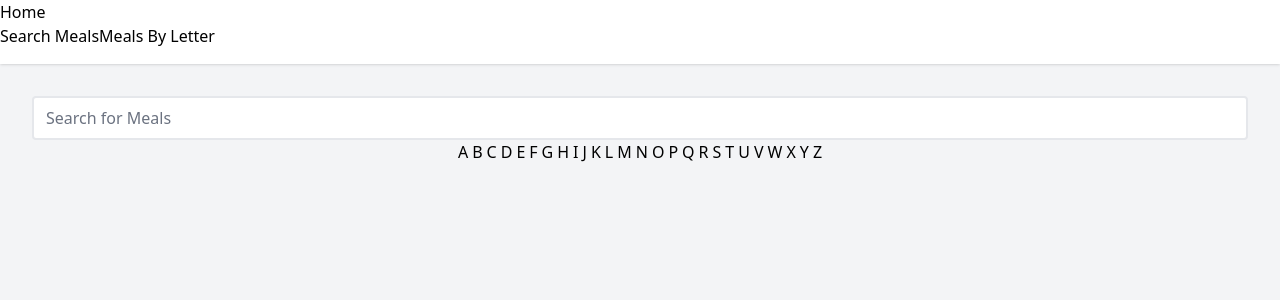
Repository: HalemX/meals
Page: /
These files come from the project's save history. The page is drawn as it stood at one moment and after the next save; the edit follows.
The browser window is 1280 px wide. The pictures show the whole page.
The project was rebuilt for these pictures with package versions that can differ from the ones it lists, and the page was loaded fresh each time. Also part of the build but not shown: vite.config.js, src/pages/MealsList.vue.

Above is the page before, as saved 2024-02-08 16:34:18.

### index.html
<!DOCTYPE html>
<html lang="en" class="h-full">
  <head>
    <meta charset="UTF-8" />
    <link rel="icon" type="image/svg+xml" href="/vite.svg" />
    <meta name="viewport" content="width=device-width, initial-scale=1.0" />
    <title>Vite + Vue</title>
  </head>
  <body class="h-full">
    <div id="app" class="h-full"></div>
    <script type="module" src="/src/main.js"></script>
  </body>
</html>

### src/main.js
import { createApp } from "vue";

import router from "./router";
import store from "./store";
import "./style.css";

import App from "./App.vue";

const app = createApp(App);
app.use(router);
app.use(store);

app.mount("#app");

### src/router/index.js
import { createRouter, createWebHistory } from "vue-router";

import Home from "../pages/Home.vue";
import MealsList from "../pages/MealsList.vue";

const routes = [
  {
    path: "/",
    name: "home",
    component: Home,
  },
  {
    path: "/letter/:letter",
    name: "byLetter",
    component: MealsList,
  },
];

const router = createRouter({
  history: createWebHistory(),
  routes,
});

export default router;

### src/store/index.js
import { createStore } from "vuex";

import mealsModule from "./modules/meals/index";

const store = createStore({
  modules: {
    mealsModule,
  },
});

export default store;

### src/App.vue
<template>
  <div class="bg-gray-100 h-full">
    <header class="bg-white shadow h-16">
      <router-link :to="{ name: 'home' }">Home</router-link>
      <div>
        <router-link to="/">Search Meals</router-link>
        <router-link to="/">Meals By Letter</router-link>
        <router-link to="/"></router-link>
      </div>
    </header>
    <main>
      <router-view />
    </main>
  </div>
</template>

<style scoped></style>

### src/pages/Home.vue
<template>
  <div class="flex flex-col p-8 justify-center">
    <input
      type="text"
      class="w-full rounded border-2 border-gray-200"
      placeholder="Search for Meals"
    />
    <div class="flex gap-1 justify-center">
      <router-link
        :to="{ name: 'byLetter', params: { letter } }"
        v-for="letter in letters"
        :key="letter"
      >
        {{ letter }}</router-link
      >
    </div>
    <div>{{ meals }}</div>
  </div>
</template>

<script>
import { computed, onMounted } from "vue";
import { useStore } from "vuex";

export default {
  setup() {
    const store = useStore();

    const letters = "ABCDEFGHIJKLMNOPQRSTUVWXYZ".split("");

    function loadMeals() {
      store.dispatch("fetchMeals");
    }

    // onMounted(() => {
    //   loadMeals();
    // });

    const meals = computed(() => {
      return store.getters.getMeals;
    });

    return { letters, meals };
  },
};
</script>

### src/store/modules/meals/index.js
import mutations from "./mutations";
import actions from "./actions";
import getters from "./getters";

export default {
  state() {
    return {
      meals: [],
    };
  },

  mutations,
  actions,
  getters,
};

### src/store/modules/meals/mutations.js
export default {
  setMeals(state, payload) {
    state.meals = payload;
  },
};

### src/store/modules/meals/actions.js
export default {
  async fetchMeals(context) {
    const response = await fetch("https://fakestoreapi.com/products?limit=20");

    const responseData = await response.json();

    if (!response.ok) {
      const error = new Error(responseData.message || "Failed to fetch Meals");
      throw error;
    }

    console.log(responseData);

    // const meals = [];

    // for (const key in responseData) {
    //   const request = {
    //     id: key,
    //     coachId: coachId,
    //     userEmail: responseData[key].userEmail,
    //     message: responseData[key].message,
    //   };
    //   requests.push(request);
    // }

    context.commit("setMeals", responseData);
  },
};

### src/store/modules/meals/getters.js
export default {
  getMeals(state) {
    if (state.meals.length == 0) {
      state.meals = null;
    }
    return state.meals;
  },
};

### tailwind.config.js
/** @type {import('tailwindcss').Config} */
export default {
  content: ["./index.html", "./src/**/*.{vue,js,ts,jsx,tsx}"],
  theme: {
    extend: {},
  },
  plugins: [
    require("@tailwindcss/forms"),
    // ...
  ],
};

Loaded but not shown: src/style.css (common file)

After the next save:
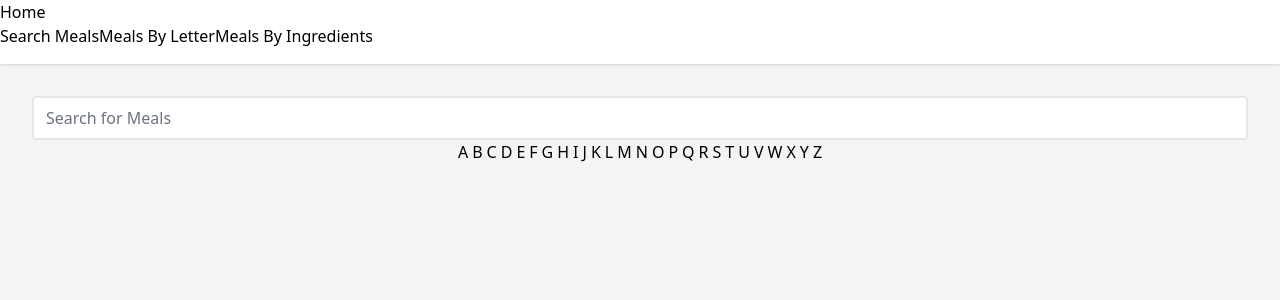
Saved 26 s later.
--- a/src/App.vue
+++ b/src/App.vue
@@ -5,7 +5,7 @@
       <div>
         <router-link to="/">Search Meals</router-link>
         <router-link to="/">Meals By Letter</router-link>
-        <router-link to="/"></router-link>
+        <router-link to="/">Meals By Ingredients</router-link>
       </div>
     </header>
     <main>
